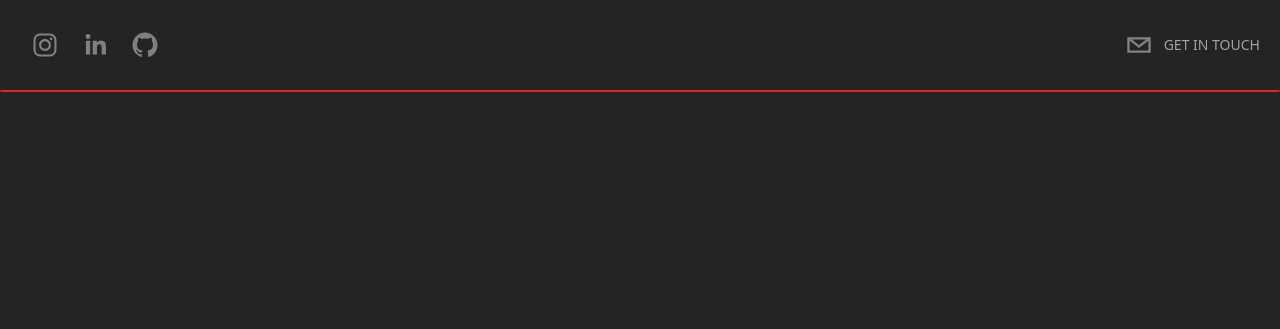
Repository: husainmamuwala/portfolio2.0
Page: /
These files come from the project's save history. The page is drawn as it stood at one moment and after a run of saves; the edit follows.
The browser window is 1280 px wide. The pictures show the whole page.
The project was rebuilt for these pictures with package versions that can differ from the ones it lists, and the page was loaded fresh each time. The framework's server and built-in components were replaced by stand-ins that run in the browser. Also part of the build but not shown: next.config.js.

Above is the page before, as saved 2022-09-17 18:29:02.

After the next 4 saves:
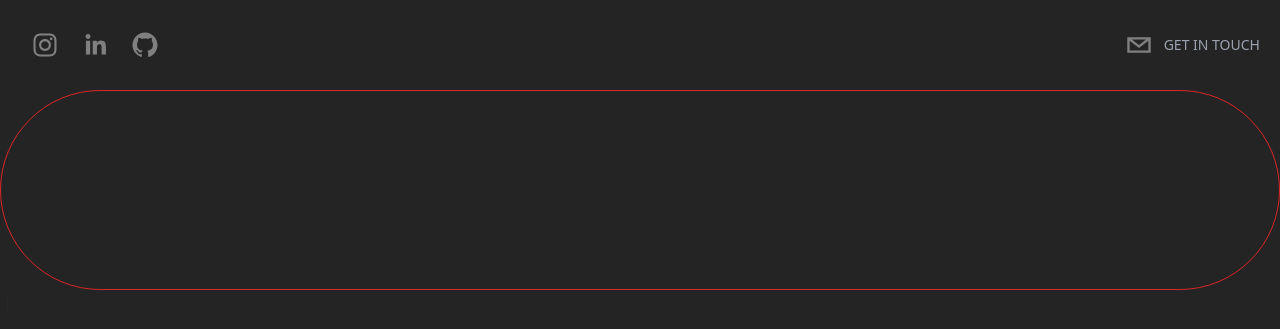
The 4 saves are shown as one change because they came seconds apart.
The last was saved 9 s later.
--- a/components/BackgroundCircles.tsx
+++ b/components/BackgroundCircles.tsx
@@ -5,7 +5,7 @@ type Props = {}
 function BackgroundCircles({}: Props) {
   return (
     <div>
-        <div className='border border-red-600 rounded-full h-[]'/>
+        <div className='border border-red-600 rounded-full h-[200px] w-'/>
         <div/>
         <div/>
         <div/>
